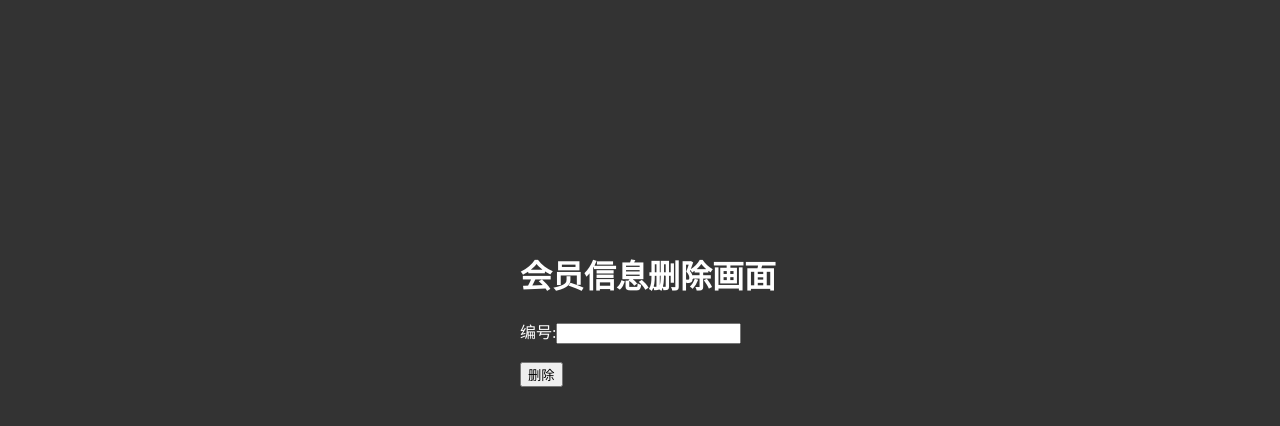
Repository: JasonYan2015/FE-learning-examples
Page: http://localhost/test20160727/delete.jsp
The author's editor kept a copy of each file at every save. The page is drawn from the files as they stood at one save, then again after the next save.
The browser window is 1280 px wide. The pictures show the whole page.
The page is served by Tomcat 9.

Above is the page before, as saved 2016-07-28 07:32:02.

After the next save:
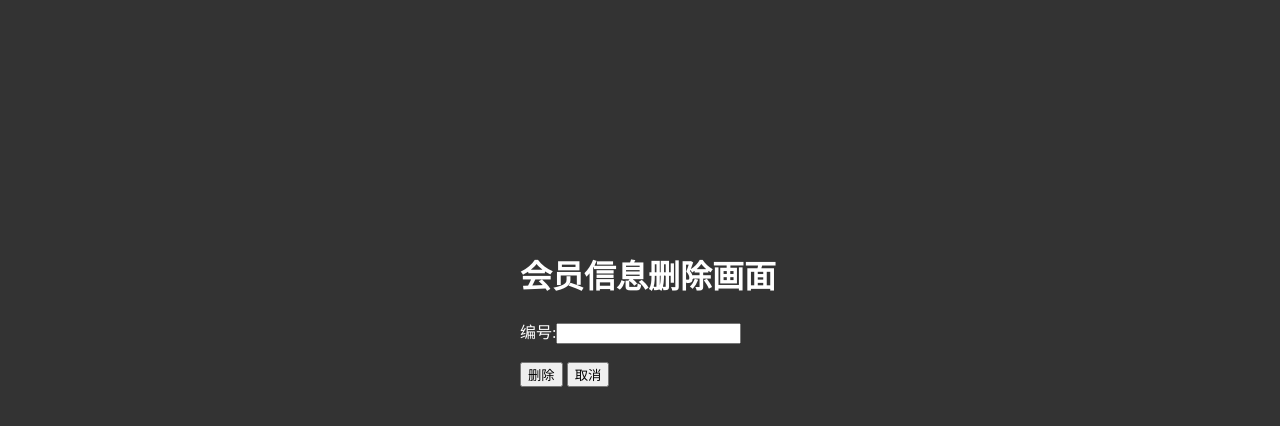
Saved 6 min 13 s later.
--- a/eclipse/test20160727/WebContent/delete.jsp
+++ b/eclipse/test20160727/WebContent/delete.jsp
@@ -22,8 +22,9 @@
 <body>
 	<h1>会员信息删除画面</h1>
 	<form action="deleteAct" method="post">
-		编号:<input type="text" name="id"><br><br>
+		编号:<input type="text" name="id" readonly="readonly"><br><br>
 		<input type="submit" value="删除">
+		<a href="home.jsp"><input type="button" value="取消"></a>
 	</form>
 </body>
 </html>
